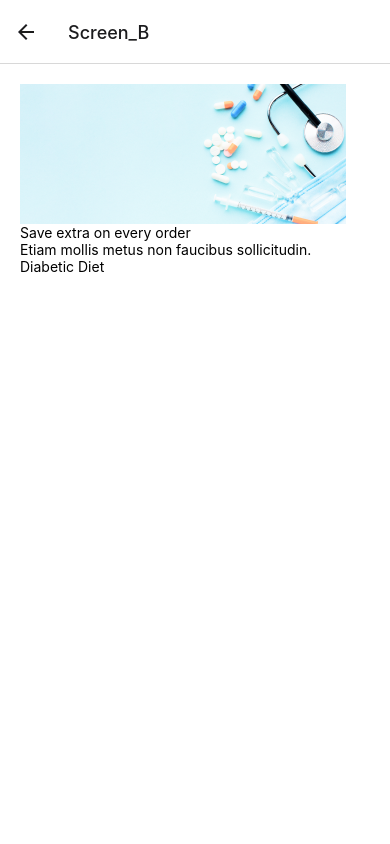
Repository: ntu34543/designReactNative
Screen: /Screen_B
The author's editor kept a copy of each file at every save. The screen is drawn from the files as they stood at one save, then again after the next save.
The app was drawn by React Native's web renderer in a window 390 px wide. The project was rebuilt for these pictures with package versions that can differ from the ones it lists, and the page was loaded fresh each time.

Above is the screen before, as saved 2022-10-18 17:01:42.

After the next save:
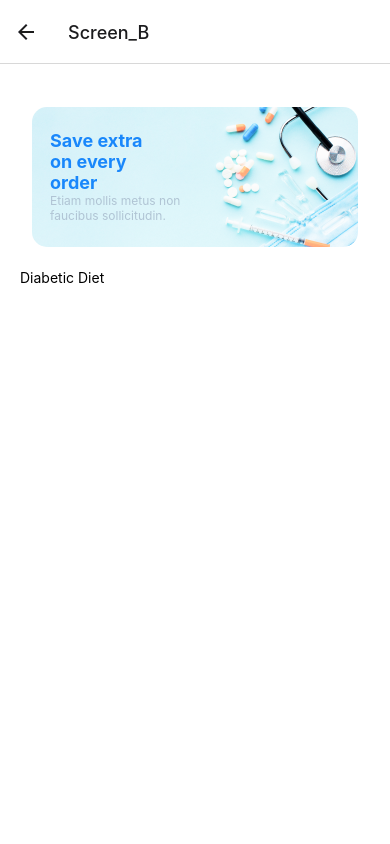
Saved 5 s later.
--- a/page/DiabetesCare.js
+++ b/page/DiabetesCare.js
@@ -39,6 +39,34 @@ const styles = StyleSheet.create({
     fontSize: 30,
     fontWeight: "bold",
   },
+  banner: {
+    justifyContent: "center",
+    alignItems: "center",
+    // marginTop: 100,
+    flex: 1,
+  },
+  imgHeader: {
+    position: "absolute",
+  },
+  title: {
+    position: "absolute",
+    paddingRight: 120,
+  },
+  title1: {
+    color: "#1987FB",
+    fontSize: 18,
+    width: 110,
+    fontWeight: "bold",
+  },
+  title2: {
+    fontSize: 12,
+    width: 170,
+    fontWeight: "light",
+    color: "#b0c4d4",
+  },
+  image: {
+    borderRadius: 15,
+  },
   topPro: {
     flex: 3,
   },
